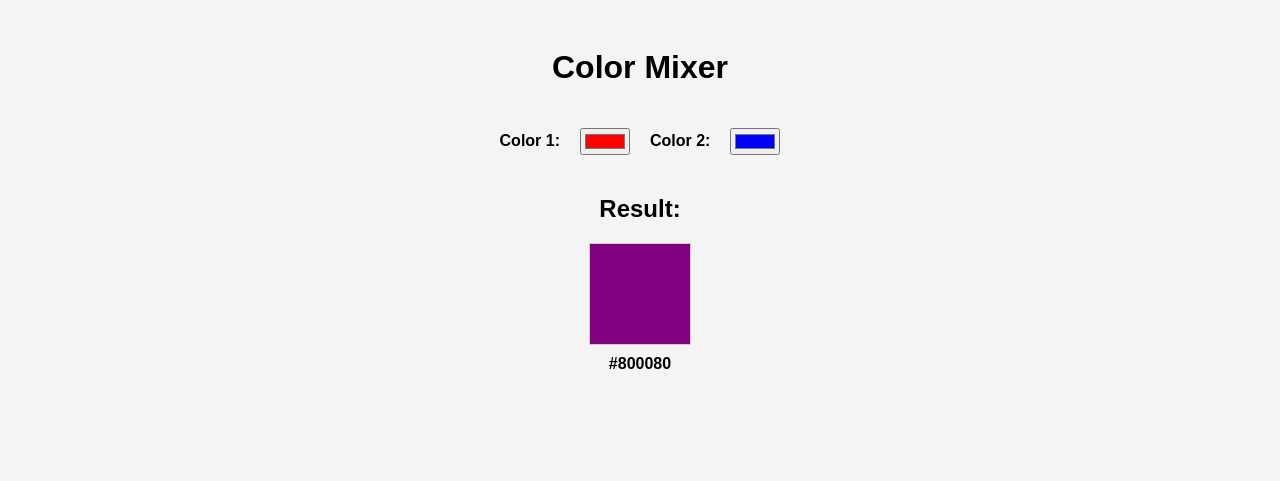
Repository: harleywolfley/wdd130
Page: spring25/itm101/0302/index.html
The author's editor kept a copy of each file at every save. The page is drawn from the files as they stood at one save, then again after the next save.
The browser window is 1280 px wide. The pictures show the whole page.

Above is the page before, as saved 2025-05-07 17:42:39.

After the next save:
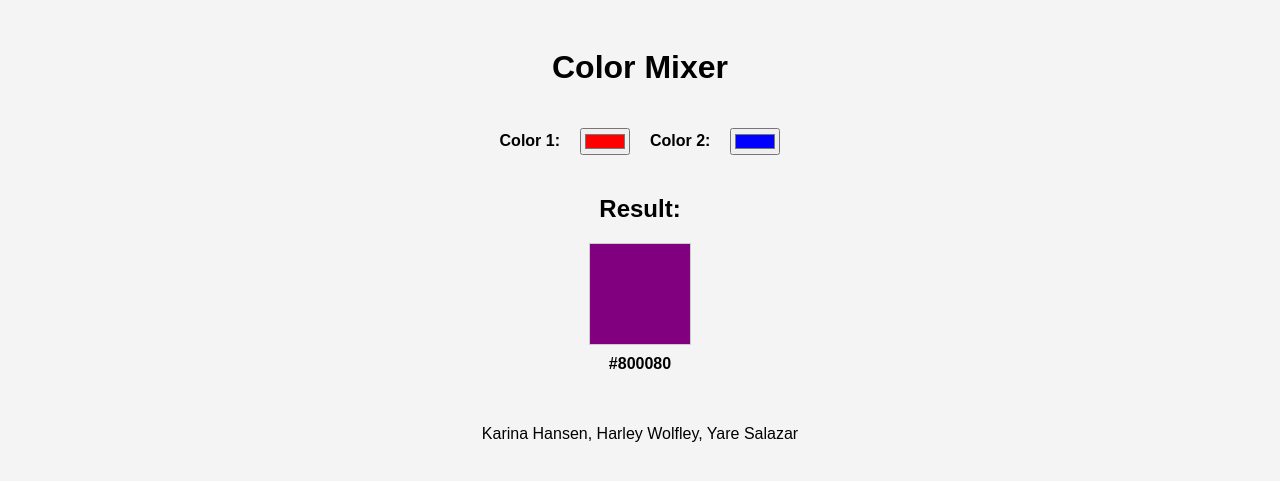
Saved 3 min 1 s later.
--- a/spring25/itm101/0302/index.html
+++ b/spring25/itm101/0302/index.html
@@ -4,8 +4,11 @@
   <title>Color Mixer</title>
   <link rel="stylesheet" href="style.css">
 </head>
+<header>
+    <h1>Color Mixer</h1>
+</header>
 <body>
-  <h1>Color Mixer</h1>
+
 
   <div class="color-inputs">
     <label for="color1">Color 1:</label>
@@ -23,4 +26,7 @@
 
   <script src="script.js"></script>
 </body>
+<footer>
+    <p>Karina Hansen, Harley Wolfley, Yare Salazar</p>
+</footer>
 </html>
